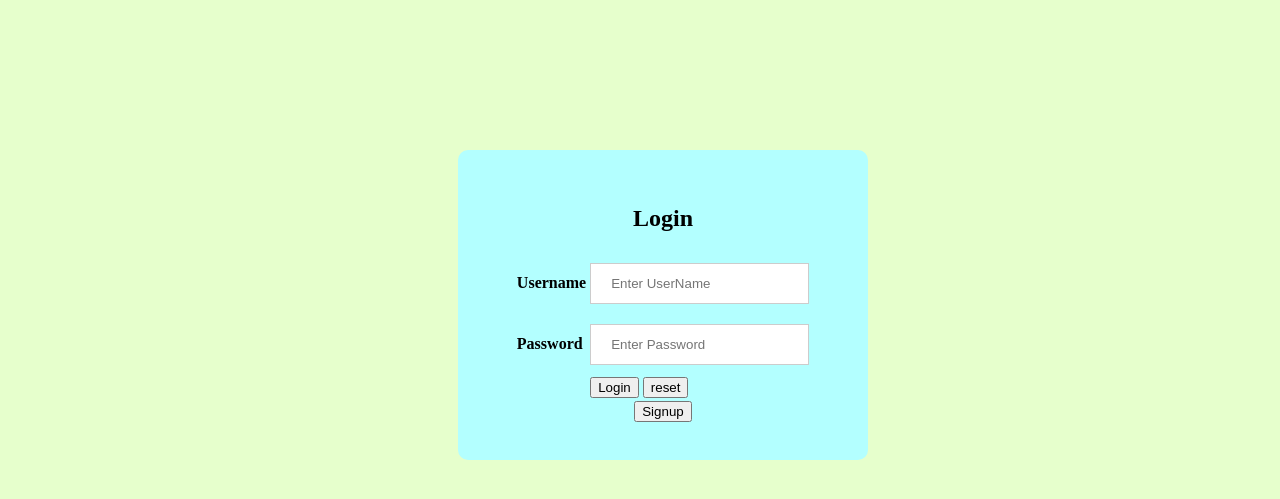
Repository: jagdishpatil18/JavaAdv
Page: Login_App/WebContent/index.html
These files come from the project's save history. The page is drawn as it stood at one moment and after the next save; the edit follows.
The browser window is 1280 px wide. The pictures show the whole page.

Above is the page before, as saved 2017-04-28 10:05:14.

### Login_App/WebContent/index.html
<!DOCTYPE html>
<html>
<head>
<meta charset="UTF-8">
<title>Index Page</title>
</head>
<style>
input[type=text], input[type=password] {
	width: 100%;
	padding: 12px 20px;
	margin: 8px 0;
	display: inline-block;
	border: 1px solid #ccc;
	box-sizing: border-box;
}

.div {
	border: 5px solid #b3ffff;
	background-color: #b3ffff;
	width: 400px;
	height: 300px;
	margin-left: 450px;
	margin-top: 150px;
	border-radius: 10px;
}

form {
	margin-top: 50px;
}
table{

}
</style>

<body bgcolor="#e6ffcc">

	<div class="div">
		<center>

			<form action="ServletLogin" method="post">
			<h2><bold> Login</bold></h2>
			<table>
			<tr>
			<td><b>Username</b></td>
			<td><input type="text" placeholder="Enter UserName" name="username" required></td>
			</tr>
			<tr>
			<td><b>Password</td>
			 <td><input type="password" placeholder="Enter Password" name="password" required></td>
			</tr>
			<tr>
			<td> <td><input type="submit" value="Login">
			<input type="reset"  value ="reset">

			</td></td>
			</tr>

			</table>
			</form>
			</able><a href="signup.html"><button>Signup</button></a></label>

		</center>
	</div>

</body>
</html>

After the next save:
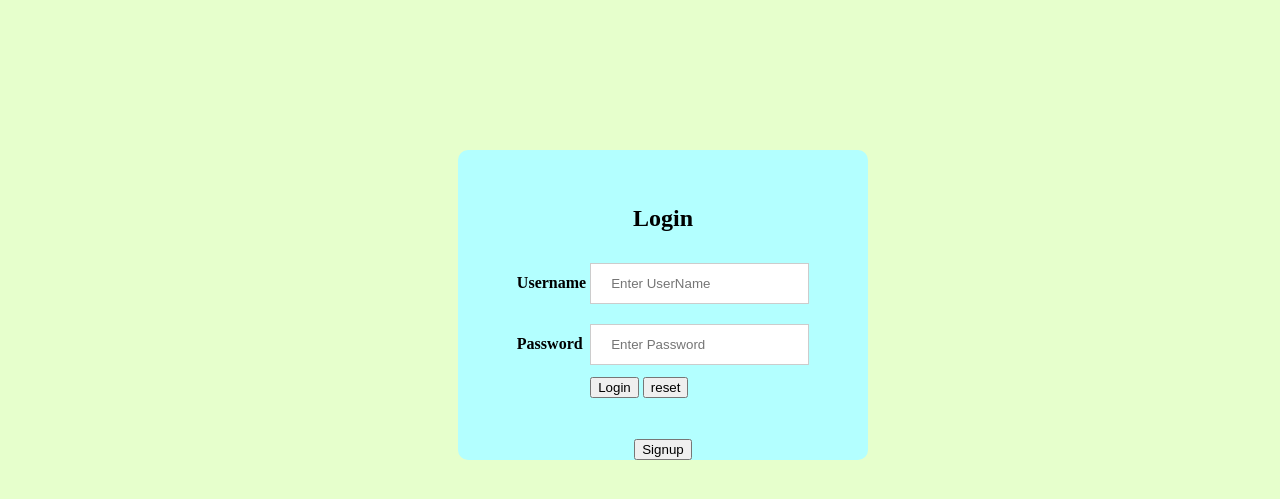
Saved 4 min 29 s later.
--- a/Login_App/WebContent/index.html
+++ b/Login_App/WebContent/index.html
@@ -57,7 +57,8 @@ table{
 
 			</table>
 			</form>
-			</able><a href="signup.html"><button>Signup</button></a></label>
+			<br><br>
+			<bable><big></big><a href="signup.html"><button>Signup</button></a></big></label>
 
 		</center>
 	</div>
